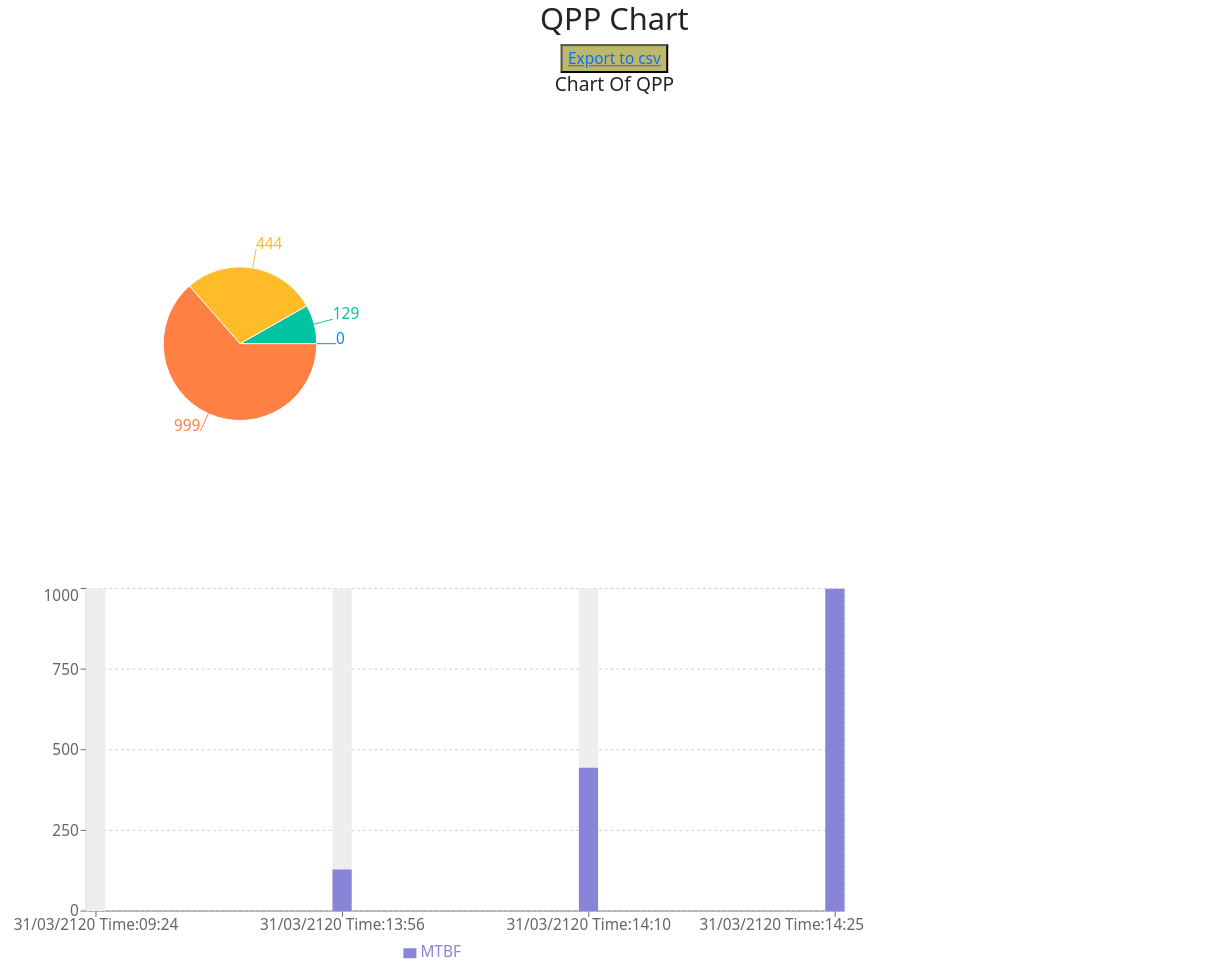
Repository: exiled-kal/ReactChartPrac
Page: /
These files come from the project's save history. The page is drawn as it stood at one moment and after a run of saves; the edit follows.
The browser window is 1280 px wide. The pictures show the whole page, at 96% of full size.
The project was rebuilt for these pictures with package versions that can differ from the ones it lists, and the page was loaded fresh each time.

Above is the page before, as saved 2021-04-18 19:54:34.

After the next 4 saves:
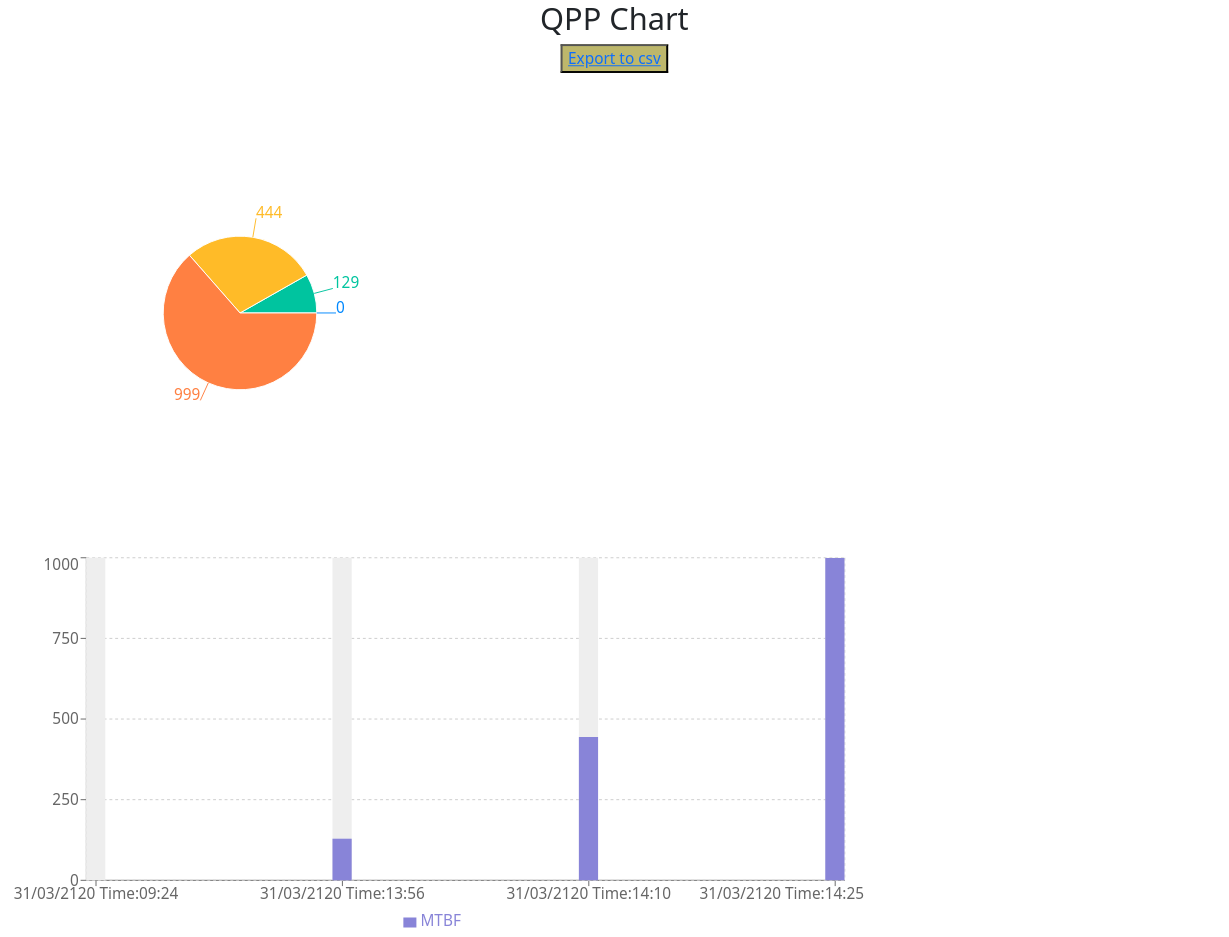
The 4 saves are shown as one change because they came seconds apart.
The last was saved 25 s later.
--- a/src/App.js
+++ b/src/App.js
@@ -107,8 +107,8 @@ function App() {
       </button>
       <br />
       <div className="App">
-        <h5>Chart Of QPP</h5>
         <PieChart width={500} height={500}>
+          <h5>PieChart Of QPP</h5>
           <Pie
             dataKey="MTBF"
             isAnimationActive={true}
